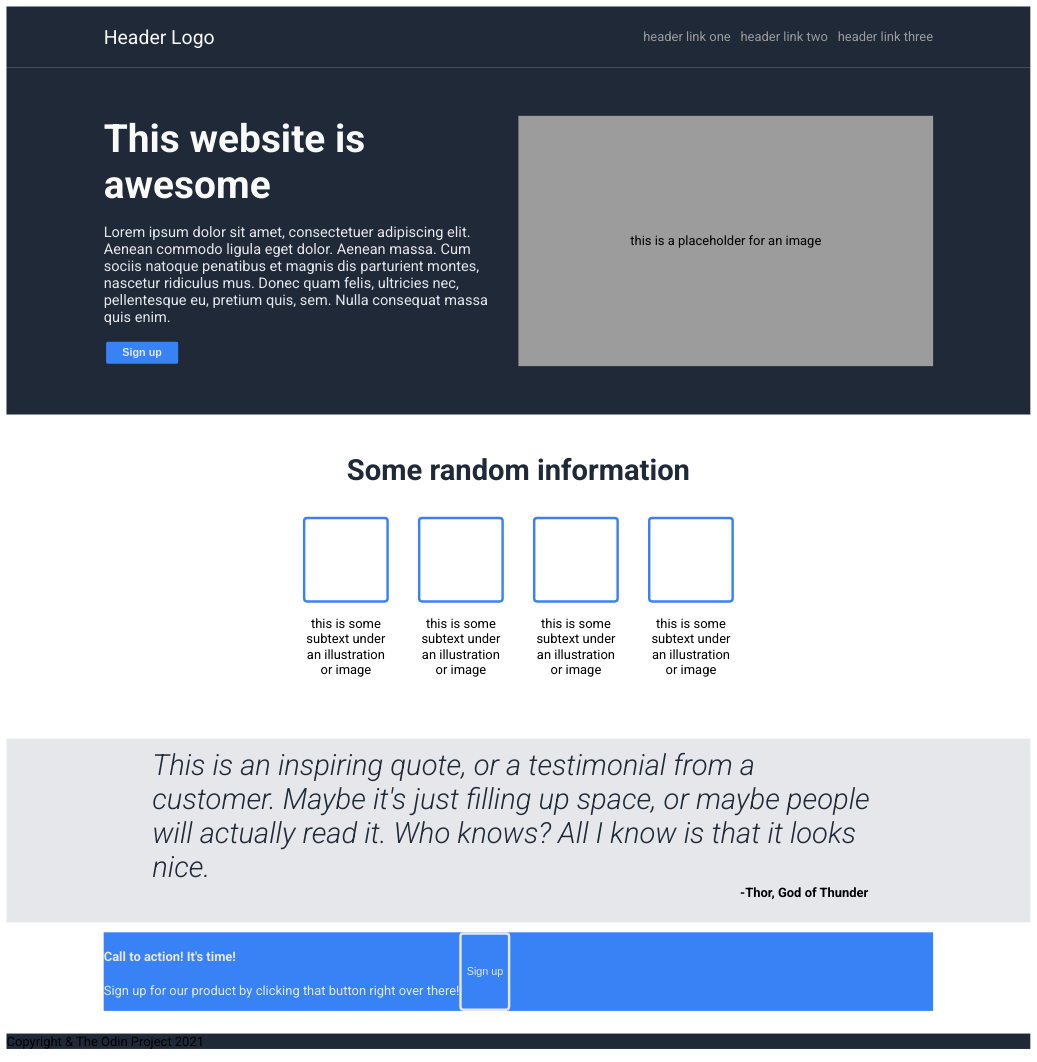
Repository: evemcd/odin_project
Page: odin-project2-landing-page/index.html
These files come from the project's save history. The page is drawn as it stood at one moment and after the next save; the edit follows.
The browser window is 1280 px wide. The pictures show the whole page, at 81% of full size.

Above is the page before, as saved 2022-02-08 11:41:39.

### odin-project2-landing-page/index.html
<!DOCTYPE html>
<html lang="en">
<head>
    <meta charset="UTF-8">
    <title>Odin Project 2 Landing Page</title>
    <link rel="stylesheet" href="style.css">
    <link rel="preconnect" href="https://fonts.googleapis.com">
<link rel="preconnect" href="https://fonts.gstatic.com" crossorigin>
<link href="https://fonts.googleapis.com/css2?family=Roboto:ital,wght@0,400;0,700;0,900;1,300&display=swap" rel="stylesheet">
</head>

<body>
    <header>
        <span>Header Logo</span>
        <ul>
            <li><a href="#">header link one</a></li>
            <li><a href="#">header link two</a></li>
            <li><a href="#">header link three</a></li>
        </ul>
    </header>

    <div class="container1">
        <div>
            <h2>This website is awesome</h2>
            <p>Lorem ipsum dolor sit amet, consectetuer adipiscing elit. Aenean commodo ligula eget dolor. Aenean massa. Cum sociis natoque penatibus et magnis dis parturient montes, nascetur ridiculus mus. Donec quam felis, ultricies nec, pellentesque eu, pretium quis, sem. Nulla consequat massa quis enim.</p>
            <button>Sign up</button>
        </div>
        <div class="placeholder">
            <span>this is a placeholder for an image</span>
        </div>
    </div>

    <div class="container2">
        <h3>Some random information</h3>
        <div class="boxContainer">
            <div class="boxes">
                <div class="box"></div>
                <p>this is some subtext under an illustration or image</p>
            </div>
            <div class="boxes">
                <div class="box"></div>
                <p>this is some subtext under an illustration or image</p>
            </div>
            <div class="boxes">
                <div class="box"></div>
                <p>this is some subtext under an illustration or image</p>
            </div>
            <div class="boxes">
                <div class="box"></div>
                <p>this is some subtext under an illustration or image</p>
            </div>
        </div>
    </div>

    <div class="container3">
        <blockquote>This is an inspiring quote, or a testimonial from a customer. Maybe it's just filling up space, or maybe people will actually read it. Who knows? All I know is that it looks nice.</blockquote>
        <p>-Thor, God of Thunder</p>
    </div>

    <div class="container4">
        <div class="blueBox">
            <div>
            <h4>Call to action! It's time!</h4>
            <p>Sign up for our product by clicking that button right over there!</p>
        </div>
        <button>Sign up</button>
        </div>
    </div>

    <footer>
        <p>Copyright &amp; The Odin Project 2021</p>
    </footer>
</body>
</html>

### odin-project2-landing-page/style.css
body {
    font-family: 'Roboto', sans-serif;
}

header,
.container1,
footer {
    background-color: #1F2937;
}

.container2,
.container4 {
    background-color: white;
}

header {
    display: flex;
    align-items: center;
    justify-content: space-between;
    padding: 12px 120px;
}

header>span {
    font-size: 24px;
    color: #F9FAF8;
}

header>ul {
    list-style: none;
    display: flex;
    gap: 12px;
}

header a {
    text-decoration: none;
    color: #9c9c9c;
}

.container1 {
    display: flex;
    flex: 1;
    padding: 60px 120px;
}

.container1 h2 {
    font-size: 48px;
    font-weight: extra-bold;
    color: #F9FAF8;
    margin: 0;
}

.container1 p {
    font-size: 18px;
    color: #E5E7EB;
}

.placeholder {
    background-color: #9c9c9c;
    width: 50%;
    flex-shrink: 0;
    margin-left: 24px;
    display: flex;
    justify-content: center;
    align-items: center;
}

.container1 button {
    background-color: #3882F6;
    color: #E5E7EB;
    font-weight: bold;
    border-radius: 5px;
    border: 3px solid #1F2937;
    padding: 6px 20px;
}

.container2 {
    padding: 12px 120px 60px 120px;
}

.container2 h3 {
    font-size: 36px;
    font-weight: extra-bold;
    color: #1F2937;
    text-align: center;
}

.boxContainer {
    display: flex;
    justify-content: center;
    gap: 36px;
}

.boxes {
    display: flex;
    flex-direction: column;
    align-items: center;
}

.boxes p {
    text-align: center;
    width: 100px;
}

.box {
    width: 100px;
    height: 100px;
    border: 3px solid #3882F6;
    border-radius: 5px;
}

.container3 {
    background-color: #E5E7EB;
    padding: 12px 120px;
}

blockquote {
    font-size: 36px;
    font-weight: lighter;
    font-style: italic;
    color: #1F2937;
    margin: 0;
    padding: 0 60px;
}

.container3 p {
    text-align: right;
    font-weight: bold;
    margin-top: 0;
    padding-right: 80px;
}

.blueBox {
    background-color: #3882F6;
    color: #E5E7EB;
    display: flex;
}

.container4 {
    padding: 12px 120px;
}

.container4 button {
    background-color: #3882F6;
    color: #E5E7EB;
    border-radius: 5px;
    border: 3px solid #E5E7EB
}

After the next save:
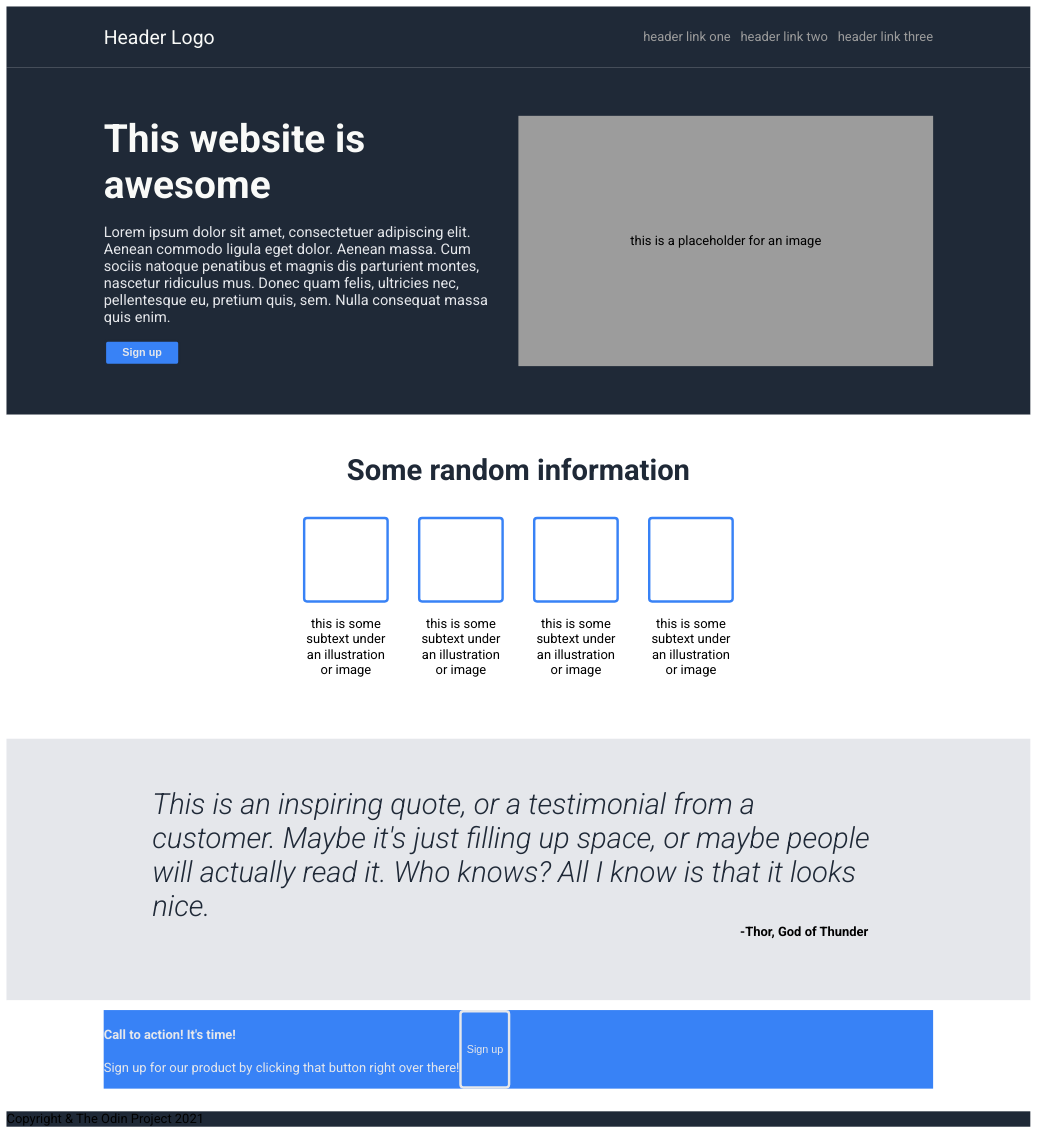
Saved 6 s later.
--- a/odin-project2-landing-page/style.css
+++ b/odin-project2-landing-page/style.css
@@ -110,7 +110,7 @@ header a {
 
 .container3 {
     background-color: #E5E7EB;
-    padding: 12px 120px;
+    padding: 60px 120px;
 }
 
 blockquote {
